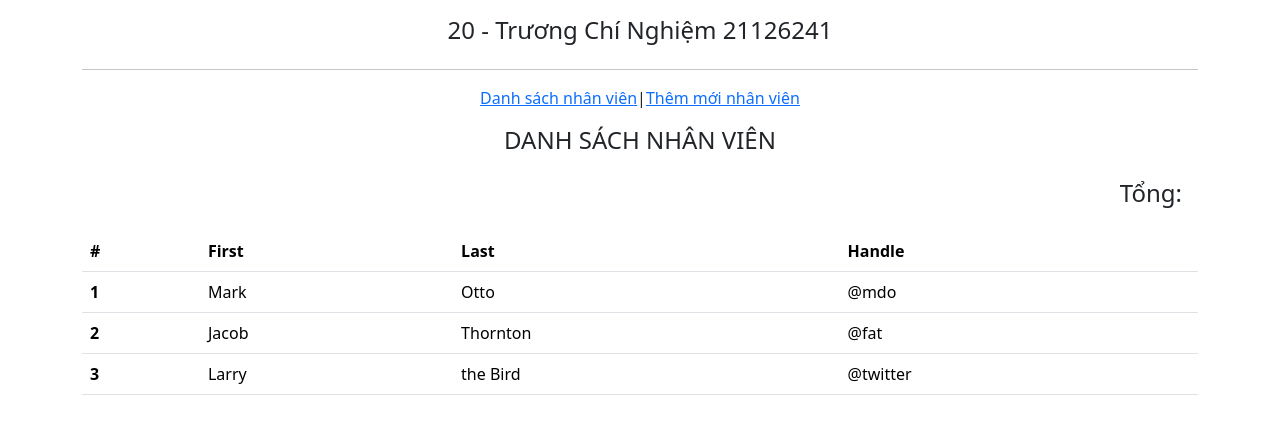
Repository: TruongChiNghiem1/wwwServlet
Page: http://localhost/20_TruongChiNghiem_21126241/views/ListNhanVien/index.jsp
These files come from the project's save history. The page is drawn as it stood at one moment and after the next save; the edit follows.
The browser window is 1280 px wide. The pictures show the whole page.
The page is served by Tomcat 10.

Above is the page before, as saved 2024-10-25 16:52:35.

After the next save:
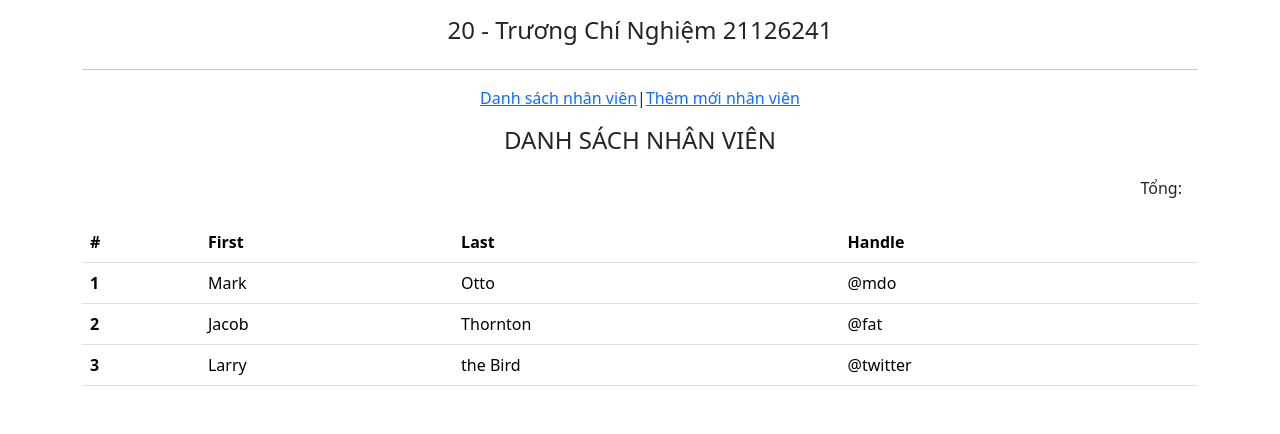
Saved 9 s later.
--- a/20_TruongChiNghiem_21126241/src/main/webapp/views/ListNhanVien/index.jsp
+++ b/20_TruongChiNghiem_21126241/src/main/webapp/views/ListNhanVien/index.jsp
@@ -29,7 +29,7 @@
 			<h4>DANH SÁCH NHÂN VIÊN</h4>
 		</div>
 		<div class="d-flex justify-content-end m-3">
-			<h4>Tổng: </h4>
+			<h6>Tổng: </h6>
 		</div>
 		<div>
 			<table class="table">
